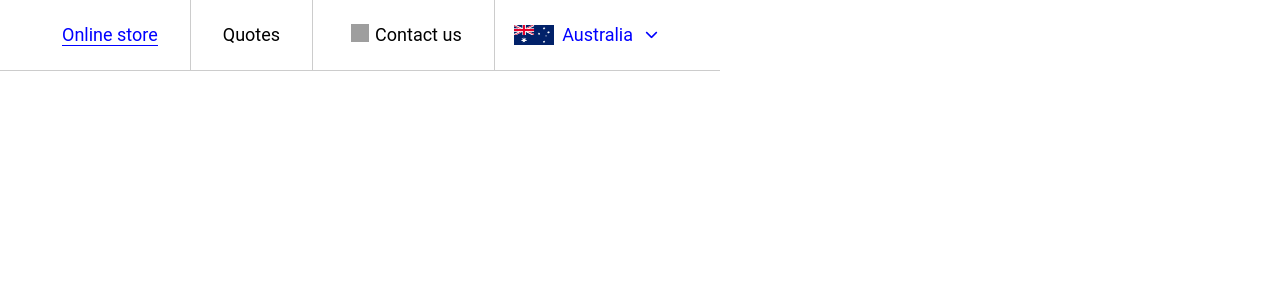
Repository: NguyenMinhKhanhB1909929/Practice_HTML-01
Page: index.html
An editor plug-in stored every save of this project. The page is shown before and after the next save, followed by the edit.
The browser window is 1280 px wide. The pictures show the whole page.
Pictures or frames that could not be fetched are drawn as grey boxes. Some web libraries are served in a nearby version.

Above is the page before, as saved 2022-04-07 19:02:09.

After the next save:
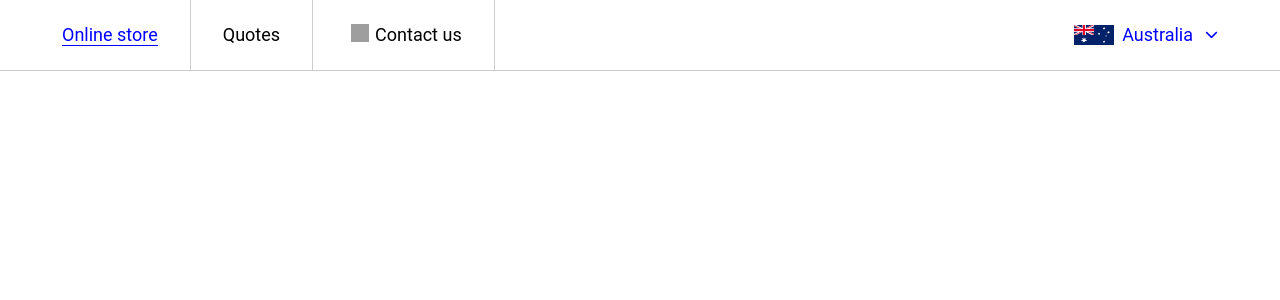
Saved 10 s later.
--- a/asset/style/style.css
+++ b/asset/style/style.css
@@ -7,7 +7,7 @@
   margin: 0;
 }
 .main {
-  width: 100vh;
+  width: 100vw;
 }
 .header {
   padding: 0 30px;
